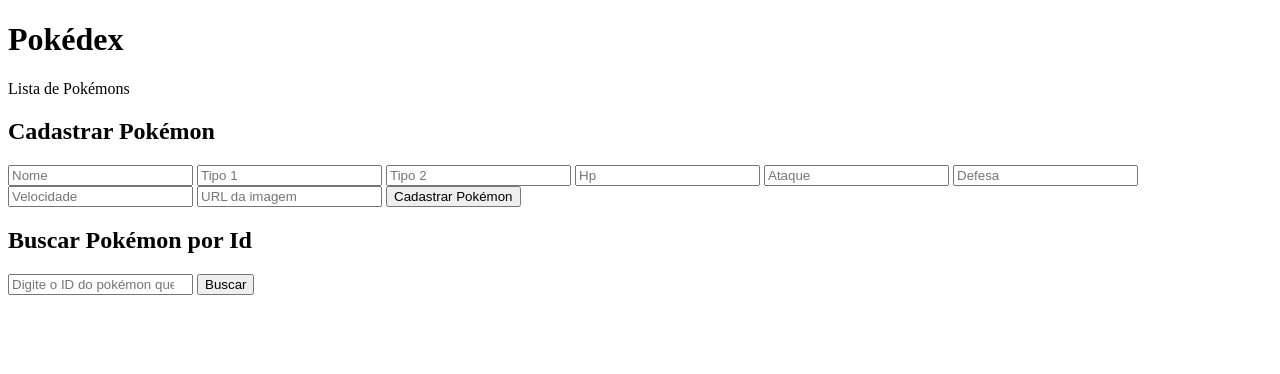
Repository: arthurSchgg/pokedex
Page: front-end/index.html
An editor plug-in stored every save of this project. The page is shown before and after the next save, followed by the edit.
The browser window is 1280 px wide. The pictures show the whole page.
The page's requests for data from a server got no answer.

Above is the page before, as saved 2026-10-01 16:01:18.

### front-end/index.html
<!DOCTYPE html>
<html lang="pt-br">

<head>
    <meta charset="UTF-8">
    <meta name="viewport" content="width=device-width, initial-scale=1.0">
    <link rel="stylesheet" href="style.css">
    <title>Pokédex</title>
</head>

<body>

    <h1>Pokédex</h1>

    <div id="container-pokemon">Lista de Pokémons</div>

    <form id="pokemon-form">

        <h2>Cadastrar Pokémon</h2>

        <input id="nome" type="text" placeholder="Nome" required>

        <input id="tipo1" type="text" placeholder="Tipo 1" required>

        <input id="tipo2" type="text" placeholder="Tipo 2">

        <input id="hp" type="number" placeholder="Hp" required>

        <input id="ataque" type="number" placeholder="Ataque" required>

        <input id="defesa" type="number" placeholder="Defesa" required>

        <input id="velocidade" type="number" placeholder="Velocidade" required>

        <input id="imagem_url" type="text" placeholder="URL da imagem" required>

        <button type="submit">Cadastrar Pokémon</button>

    </form>


    <div>
        <h2>Buscar Pokémon por Id</h2>

        <input
            type="number"
            id="id"
            placeholder="Digite o ID do pokémon que deseja buscar"
        >

        <button id="buscar-pokemon">Buscar</button>
    </div>

    <div id="pokemon-buscado"></div>

    <div>

    </div>

    <script src="script.js"></script>
</body>

</html>

### front-end/script.js
const API_URL = "http://localhost:8181/v1/pokedex";

//Lista os pokemons
async function carregarPokemon() {
    try {
        const resposta = await fetch(`${API_URL}/listar`);

        if (!resposta.ok) {
            throw new Error(`Erro no servidor: ${resposta.status}`);
        }

        const pokemons = await resposta.json();

        console.log("Pokémons carregados:", pokemons);

        const container = document.getElementById("container-pokemon");

        pokemons.forEach(pokemon => {

            const card = document.createElement("div");

            card.innerHTML = `
                <h2>${pokemon.nome}</h2>

                <img src="${pokemon.imagemUrl}" alt="${pokemon.nome}">

                <p>ID: ${pokemon.id}</p>

                <p>Tipo: ${pokemon.tipo1}</p>

                <p>HP: ${pokemon.hp}</p>

                <p>Ataque: ${pokemon.ataque}</p>

                <p>Defesa: ${pokemon.defesa}</p>

                <p>Velocidade: ${pokemon.velocidade}</p>

            `;

            container.appendChild(card);
        });

    } catch (erro) {
        console.error("Erro ao buscar pokémons na linha do fetch:", erro);
    }
}

carregarPokemon();


//Cadastra um novo pokémon
const formulario = document.getElementById("pokemon-form");

formulario.addEventListener("submit", async (event) => {

    event.preventDefault();

    const pokemon = {

        nome: document.getElementById("nome").value,

        tipo1: document.getElementById("tipo1").value,

        tipo2: document.getElementById("tipo2").value,

        hp: Number(document.getElementById("hp").value),

        ataque: Number(document.getElementById("ataque").value),

        defesa: Number(document.getElementById("defesa").value),

        velocidade: Number(document.getElementById("velocidade").value),

        imagemUrl: document.getElementById("imagem_url").value
    }

    try {
        const resposta = await fetch(
            "http://localhost:8181/v1/pokedex/cadastrar",
            {
                method: "POST",

                headers: {
                    "Content-Type": "application/json"
                },

                body: JSON.stringify(pokemon)
            }
        );

        if(!resposta.ok){
            throw new Error("Erro ao cadastrar Pokémon");
        }

        const pokemonCadastrado = await resposta.json();

        console.log("Pokémon cadastrado: " + pokemonCadastrado);

        alert("Pokémon cadastrado com sucesso!");

        formulario.reset();
    } catch (erro){
        console.error("Erro: " , erro);

        alert("Não foi possível cadastrar o Pokémon.")
    }
});

//Busca um pokémon pelo seu ID

const botaoBuscar = document.getElementById("buscar-pokemon");

botaoBuscar.addEventListener("click", async () => {

    const id = document.getElementById("id").value;

    if(!id){
        alert("Digite um ID.");
        return;
    }

    try {
        const resposta = await fetch(`${API_URL}/${id}`);

        if(!resposta.ok){
            throw new Error(`Pokémon não encontrado. Status: ${resposta.status}`);
        }

        const pokemon = await resposta.json();

        console.log("Pokémon encontrado: ", pokemon);

        const container = document.getElementById("pokemon-buscado");

        container.innerHTML = `
            <div class="card-pokemon">

                <h2>${pokemon.nome}</h2>

                <img
                    src="${pokemon.imagemUrl}"
                    alt="${pokemon.nome}"
                >

                <p>Tipo 1: ${pokemon.tipo1}</p>
                <p>Tipo 2: ${pokemon.tipo2 || "Nenhum"}</p>

                <p>HP: ${pokemon.hp}</p>
                <p>Ataque: ${pokemon.ataque}</p>
                <p>Defesa: ${pokemon.defesa}</p>
                <p>Velocidade: ${pokemon.velocidade}</p>

            </div>
        `;
    } catch(erro){
        console.error("Erro ao buscar o Pokémon: ", erro);

        alert("Pokémon não encontrado");
    }

});

Loaded but not shown: front-end/style.css (no stored copy; drawn as an empty file)

After the next save:
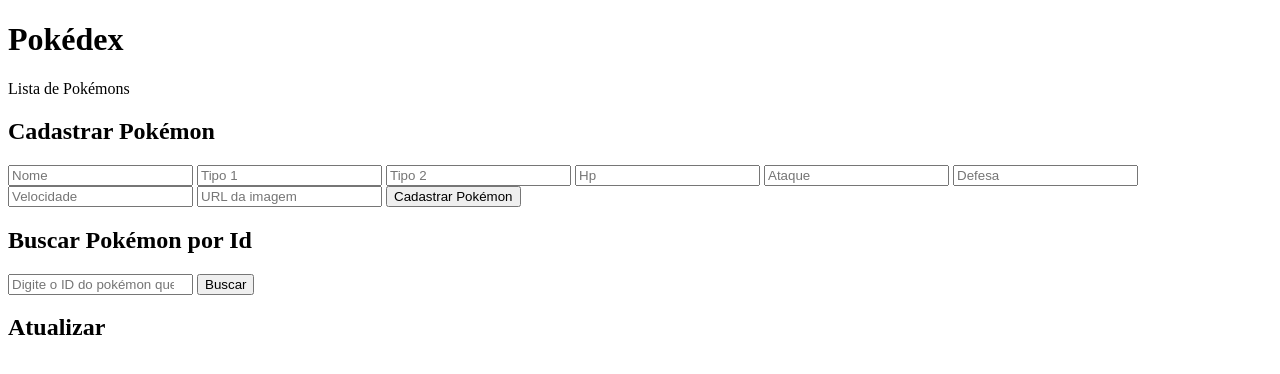
Saved 93 s later.
--- a/front-end/index.html
+++ b/front-end/index.html
@@ -54,7 +54,7 @@
     <div id="pokemon-buscado"></div>
 
     <div>
-
+        <h2>Atualizar </h2>
     </div>
 
     <script src="script.js"></script>
